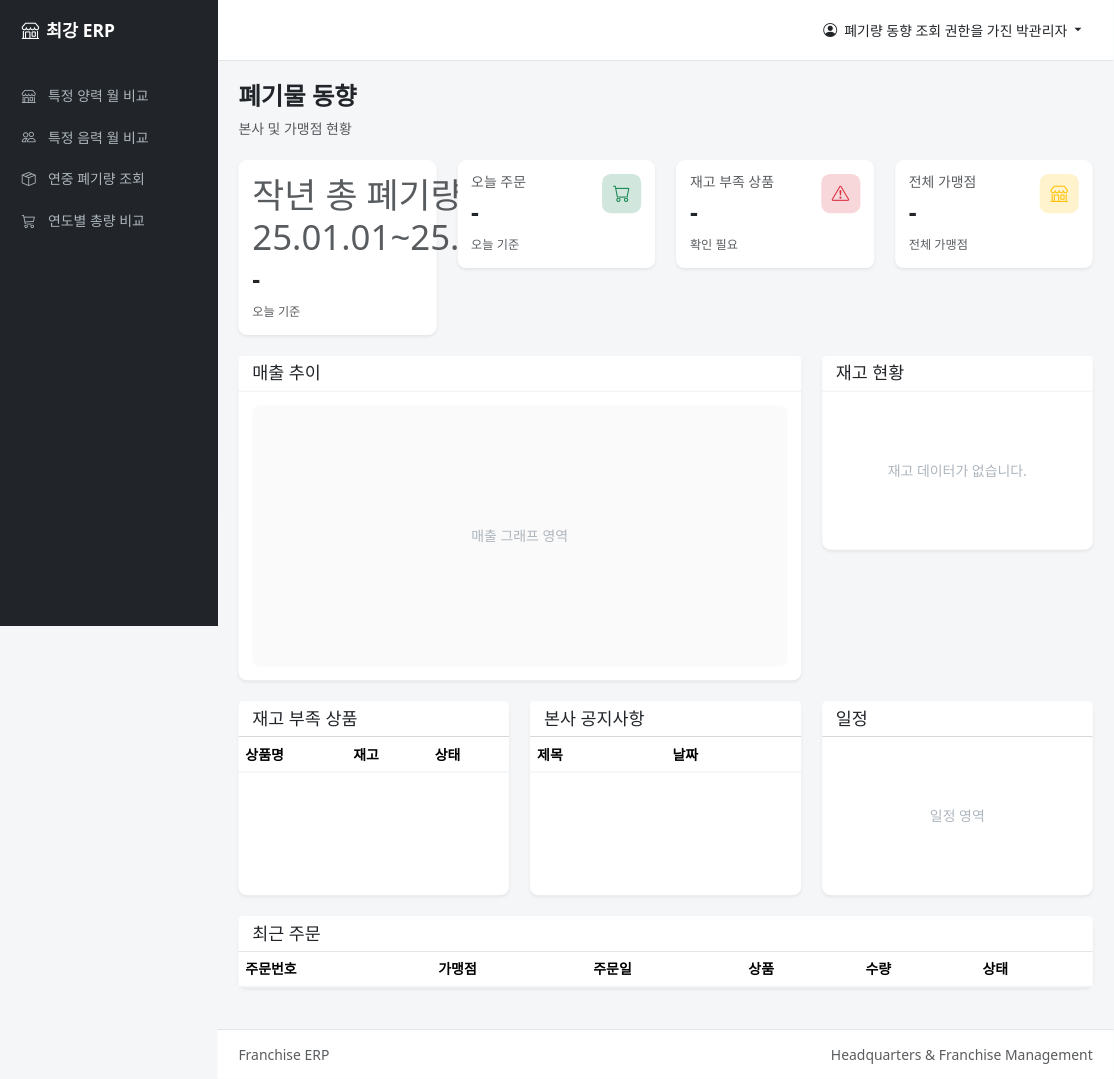
Repository: nojong99/kosta
Page: 32_MVCModel2/src/main/webapp/wasteTrends.html
An editor plug-in stored every save of this project. The page is shown before and after the next save, followed by the edit.
The browser window is 1280 px wide. The pictures show the whole page, at 87% of full size.

Above is the page before, as saved 2026-09-23 02:49:05.

After the next save:
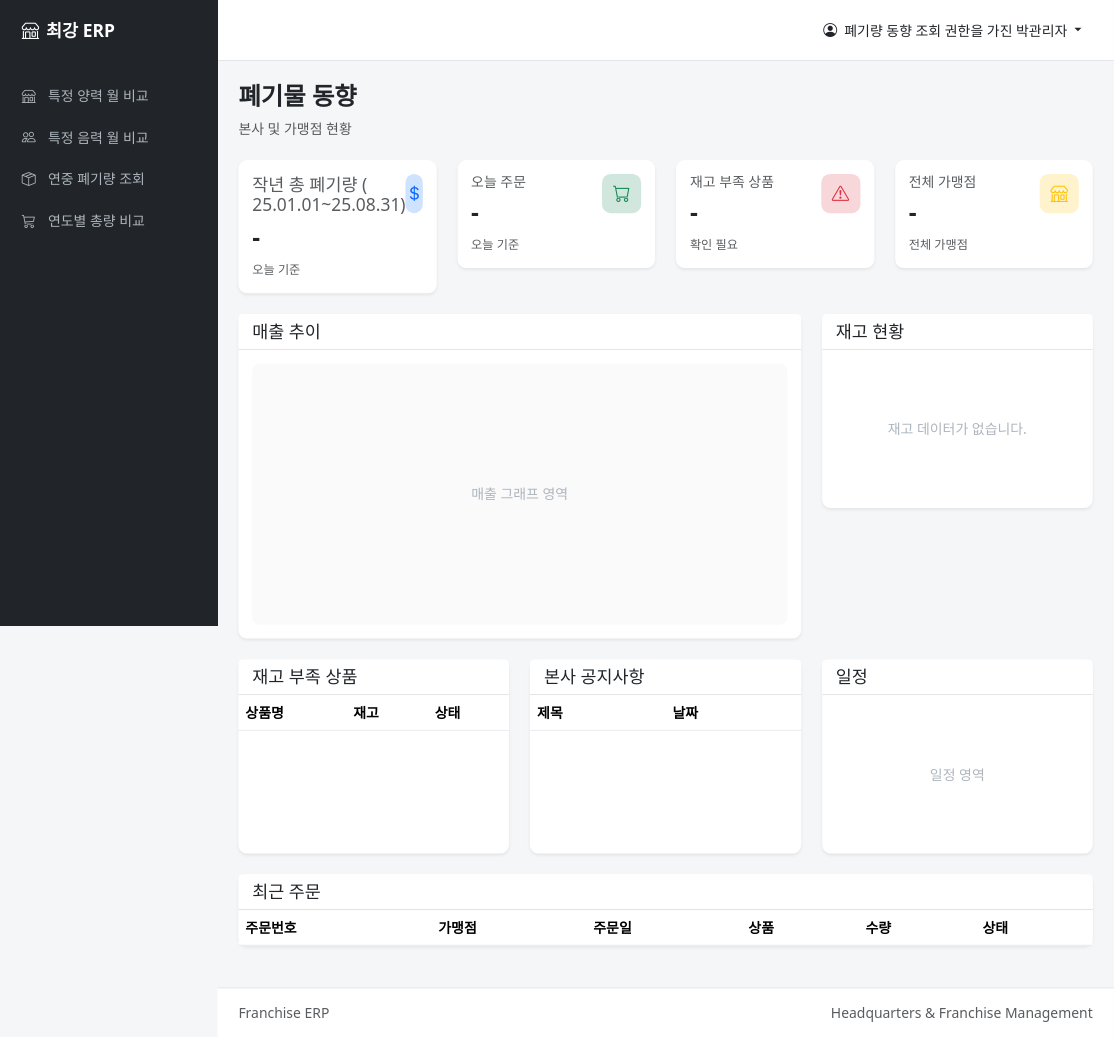
Saved 10 s later.
--- a/32_MVCModel2/src/main/webapp/wasteTrends.html
+++ b/32_MVCModel2/src/main/webapp/wasteTrends.html
@@ -194,9 +194,9 @@
 
                             <div>
 
-                                <h1 class="text-muted">
+                                <h5 class="text-muted">
                                     작년 총 폐기량 ( 25.01.01~25.08.31)
-                                </h1>
+                                </h5 >
 
                                 <h3 class="fw-bold">
                                     -
